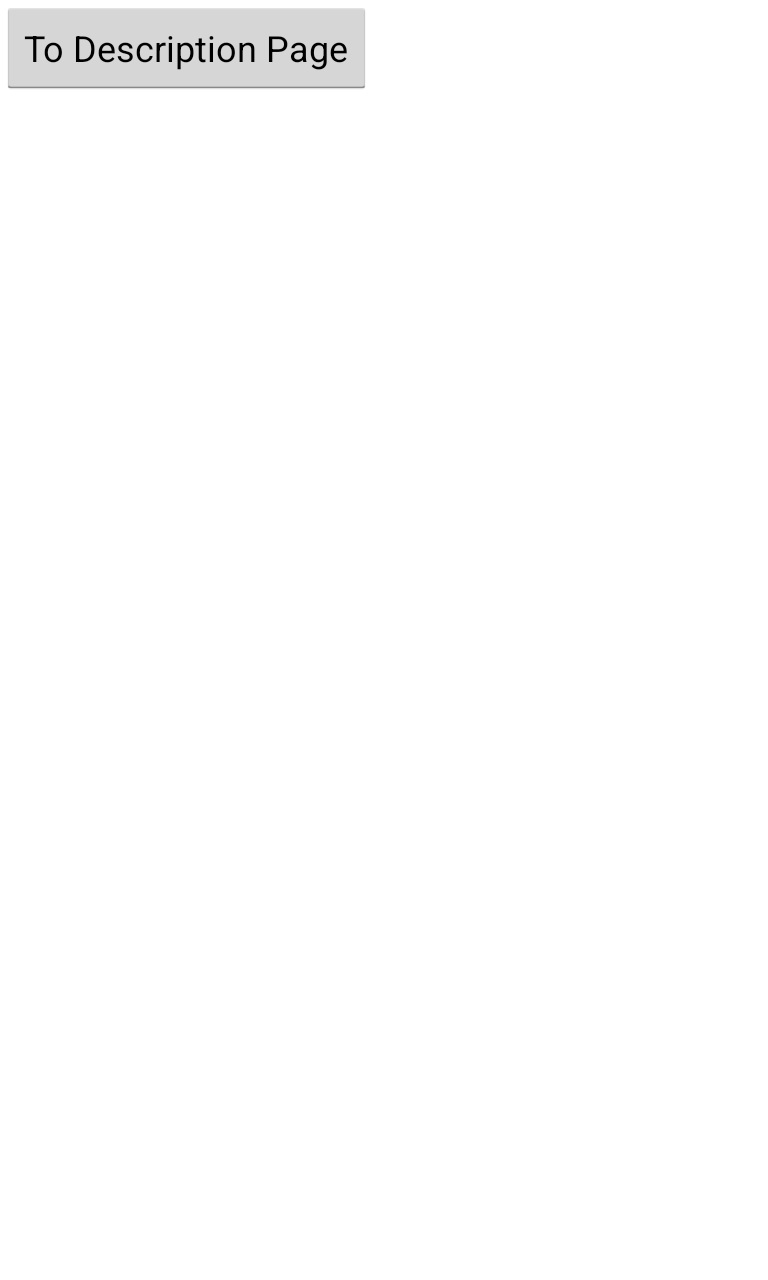
Repository: EnjoyWorkTrue/Spring2014
Layout: CMP464/Assignment4/res/layout/activity_main.xml
An editor plug-in stored every save of this project. The layout is shown before and after the next save, followed by the edit.
It is drawn on a 768 x 1280 px phone screen (xhdpi) without system bars, with theme AppTheme; the app's code is not run. Lists and similar views that code fills are empty.

Above is the layout before, as saved 2014-03-14 02:15:45.

### CMP464/Assignment4/res/layout/activity_main.xml
<LinearLayout xmlns:android="http://schemas.android.com/apk/res/android"
    android:layout_width="match_parent"
    android:layout_height="match_parent"
    android:orientation="vertical">

    <Button
        android:id="@+id/to_descr"
        android:layout_width="wrap_content"
        android:layout_height="wrap_content"
        android:text="To Description Page"
        />

    <ListView
        android:id="@+id/list_view"
        android:layout_width="match_parent"
        android:layout_height="wrap_content"
        ></ListView>

</LinearLayout>

Loaded but not shown: CMP464/Assignment4/res/values/styles.xml (common file); CMP464/Assignment4/res/values-v11/styles.xml (common file); CMP464/Assignment4/res/values-v14/styles.xml (common file)

After the next save:
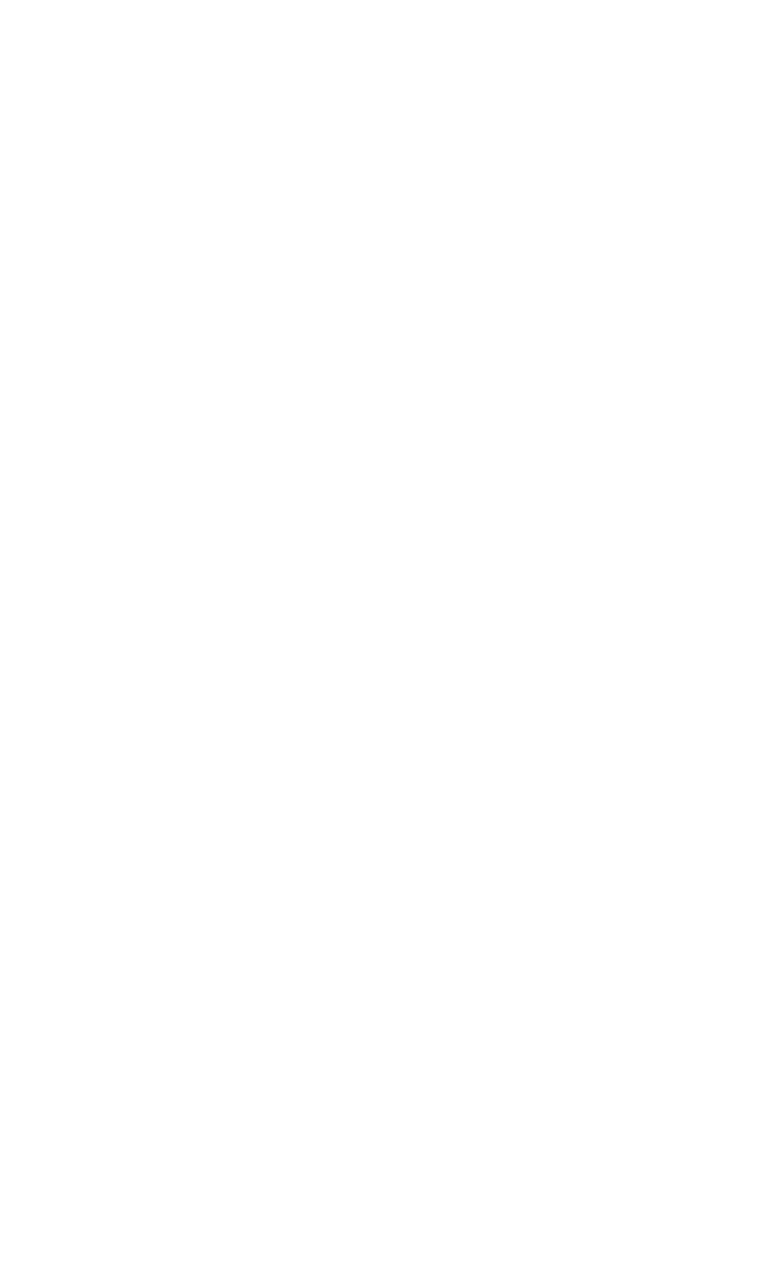
Saved 24 s later.
--- a/CMP464/Assignment4/res/layout/activity_main.xml
+++ b/CMP464/Assignment4/res/layout/activity_main.xml
@@ -2,13 +2,6 @@
     android:layout_width="match_parent"
     android:layout_height="match_parent"
     android:orientation="vertical">
-
-    <Button
-        android:id="@+id/to_descr"
-        android:layout_width="wrap_content"
-        android:layout_height="wrap_content"
-        android:text="To Description Page"
-        />
 
     <ListView
         android:id="@+id/list_view"

After the save that followed:
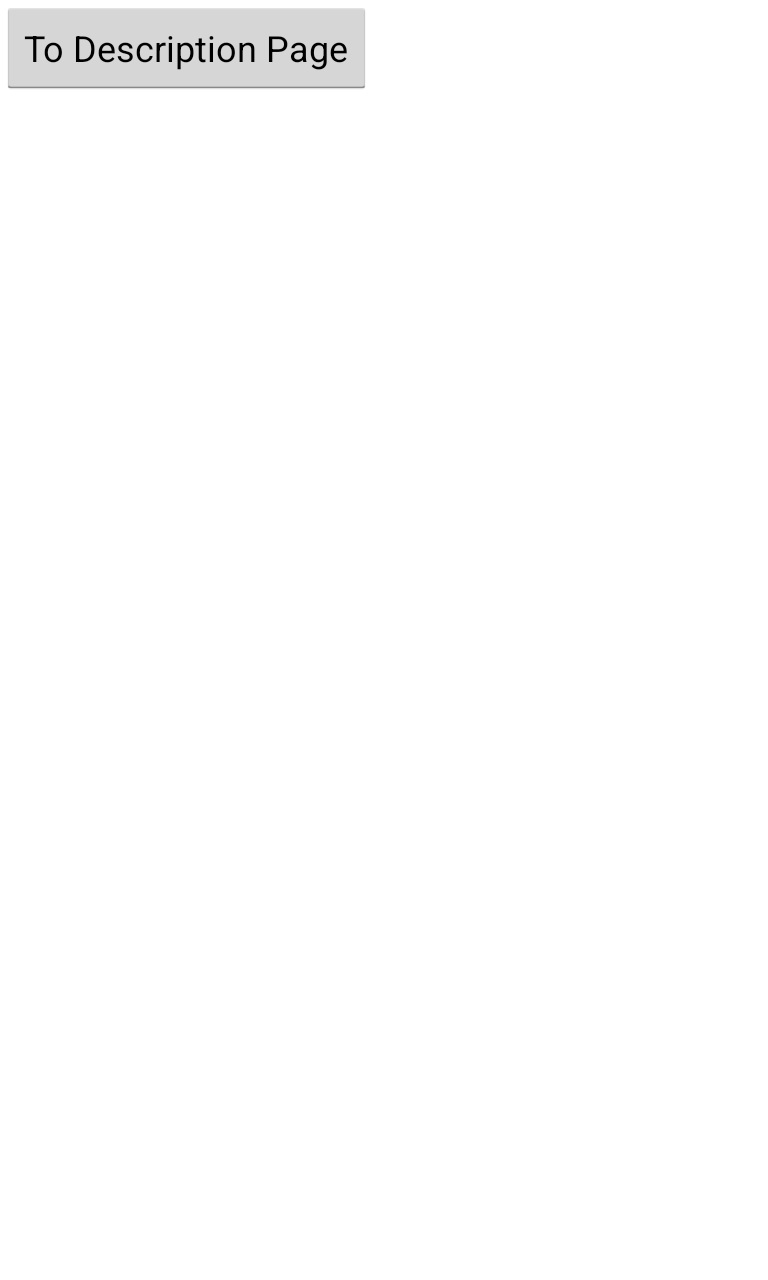
Saved 4 min 28 s later.
--- a/CMP464/Assignment4/res/layout/activity_main.xml
+++ b/CMP464/Assignment4/res/layout/activity_main.xml
@@ -2,6 +2,13 @@
     android:layout_width="match_parent"
     android:layout_height="match_parent"
     android:orientation="vertical">
+
+    <Button
+        android:id="@+id/to_descr"
+        android:layout_width="wrap_content"
+        android:layout_height="wrap_content"
+        android:text="To Description Page"
+        />
 
     <ListView
         android:id="@+id/list_view"
